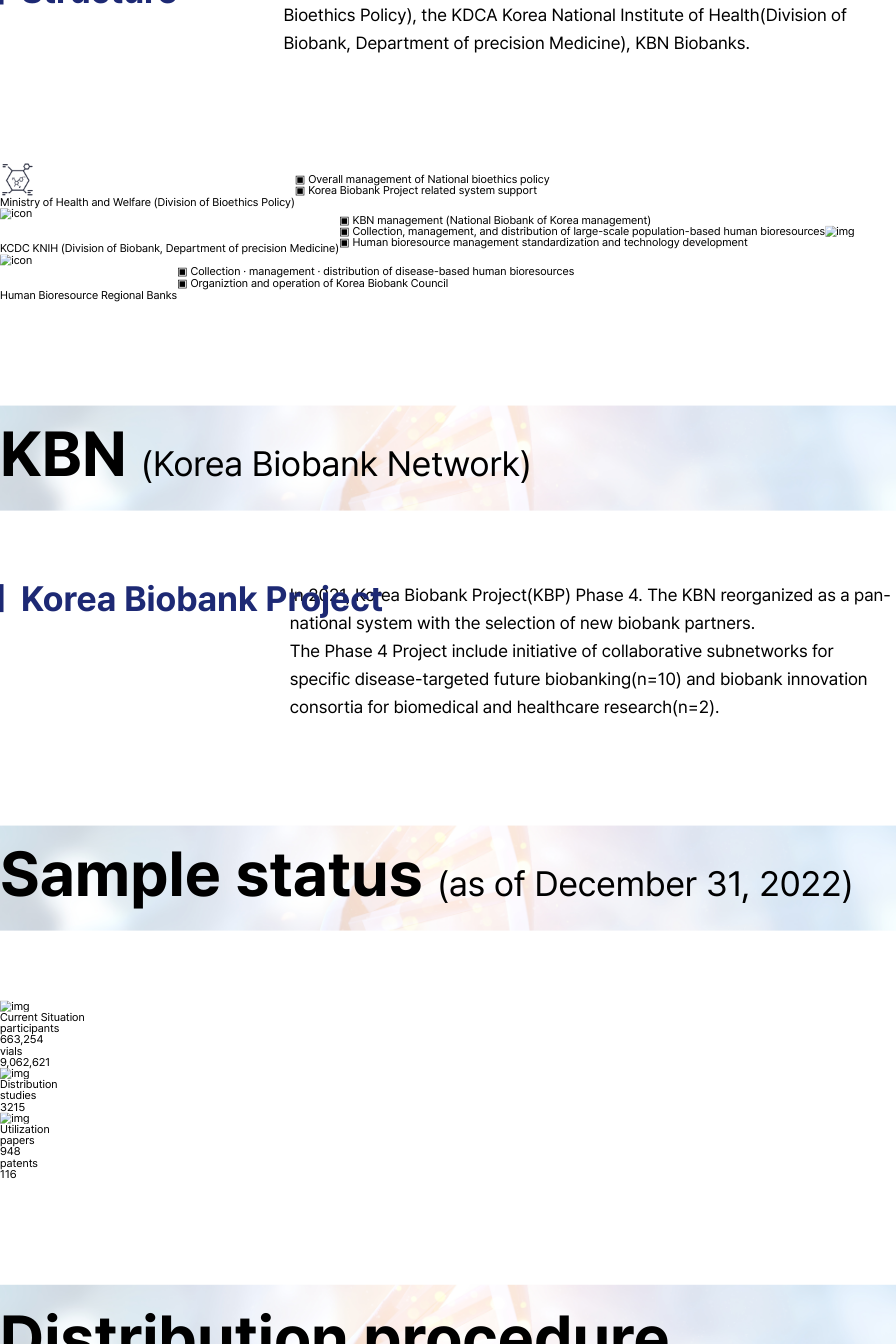
Repository: dlgywls1130/kbn_makedit
Page: index.html
These files come from the project's save history. The page is drawn as it stood at one moment and after the next save; the edit follows.
The browser window is 1280 px wide. The pictures show the part of the page from y = 1748 to 3668 px (the page is 4765 px tall before and 4829 px after), at 70% of full size.
Some web libraries are served in a nearby version.

Above is the page before, as saved 2023-10-15 16:11:31.

### index.html
<!DOCTYPE html>
<html lang="en">
<head>
    <meta charset="UTF-8">
    <meta name="viewport" content="width=device-width, initial-scale=1.0">
    <title>KBN</title>

    <link rel="stylesheet" href="./css/reset.css">
    <link rel="stylesheet" href="./css/style.css">

    <!-- slick css -->
    <link rel="stylesheet"  type="text/css" href="./css/slick.css">

</head>
<body>

    <!-- header -->
    <header>
        <div class="header_wrapper">
            <div class="header_logo">
                <img src="./image/logo.png" alt="logo">
            </div>
            <ul class="nav_list">
                <li><a href="#about"> About us</a></li>
                <li><a href="#kbn">KBN</a></li>
                <li><a href="#sample">Sample status</a></li>
                <li><a href="#distribution">Distribution procedure</a></li>
                <li><a href="#biobanks">KBN Biobanks</a></li>
            </ul>
            <div class="header_en">
                <div class="en_icon">
                    <img src="./image/language.png" alt="icon">
                </div>
                <p>EN</p>
            </div>
        </div>

    </header>


    <!-- main banner -->
    <section>
        <div class="main_banner">
            <div class="slide_wrap">
                <div class="slide_list first-slide">
                    <div class="slide_content">
                        <h2 class="slide_title">
                            The Biggest Disease-based
                            <Br>Human Biobank Network of Korea
                        </h2>
                        <p class="slide_sub">
                            KBN, the largest biobank network in korea, collects, manages, and holds disease-based
                            <Br>human bioresources, i.e. various samples of more than 600,000 individuals.
                        </p>
                    </div>
                </div>
                <div class="slide_list second-slide">
                    <div class="slide_content">
                        <h2 class="slide_title">
                            KBN Distribution Support Center
                        </h2>
                        <p class="slide_sub">
                            The Center provides human bioresources, and clinical and epidemiological information
                            <Br> held by KBN biobanks nationwide and actively supports the distribution.

                        </p>
                    </div>
                </div>
                <div class="slide_list three-slide">

                    <div class="slide_content">
                        <h2 class="slide_title">
                            KBN Provides On-line Searching Database
                            <Br>and Operates Distribution Support Center
                        </h2>
                        <p class="slide_sub">
                            Researchers conduct KBN human bioresource search, while the distribution support
                            <Br>center provides services customized to individual users.
                        </p>
                    </div>
                </div>
            </div>
        </div>
    </section>

    <!-- about us -->
    <section id="about">
        <div class="about_wrap">
            <div class="content_width">
                <h2 class="section_title">About us</h2>
            </div>

            <div class="about-us">
                <div class="about_content">
                    <div class="content_list mb-100">
                        <div class="list_main">
                            KBN Portal
                        </div>
                        <div class="list_descript">
                            <p class="mb-50">The Korea Biobank Network’s Human Bioresource Sharing and Access Platform, established in 2019, aims
                            to expand the accessibility of the disease-based bioresources collected through KBN and develop a
                            system to collect high-quality standard clinical information, thereby establishing a distribution support
                            system tailored to researchers.</p>

                            <p>The KBN portal is the largest shared open platform for disease-based resource owned by KBN biobanks
                            involved in KDCA(Korea Disease Control and Prevention Agency) KBP(Korea Biobank Project).
                            It discloses and shares related information including disease-based resource status, systematic search,
                            efficient distribution, and utilization outcomes to researchers in order to improve the efficient utilization of
                            national disease-based resources.</p>
                        </div>
                    </div>
                    <div class="content_list">
                        <div class="list_main">
                            Structure
                        </div>
                        <div class="list_descript">
                            <p>Structure is organized by the Ministry of Health and Welfare(Division of Bioethics Policy), the KDCA Korea
                                National Institute of Health(Division of Biobank, Department of precision Medicine), KBN Biobanks.</p>
                        </div>
                    </div>
                </div>
                <div class="about_acodian">
                    <div class="acodian_list">
                        <div class="accordion-item">
                            <h3 class="title">
                                <div class="acodian_icon">
                                    <img src="./image/about_ico1.png" alt="icon">
                                </div>
                                <p>Ministry of Health and Welfare
                                    <span>(Division of Bioethics Policy)</span>
                                </p>

                            </h3>
                            <div class="paragraph">
                                <p>▣ Overall management of National bioethics policy</p>
                                <p>▣ Korea Biobank Project related system support</p>
                            </div>
                        </div>
                        <div class="accordion-item">
                            <h3 class="title">
                                <div class="acodian_icon">
                                    <img src="" alt="icon">
                                </div>
                                <p>KCDC KNIH
                                    <span>(Division of Biobank, Department of precision Medicine)</span>
                                </p>

                            </h3>
                            <div class="paragraph">
                                <p>▣ KBN management (National Biobank of Korea management)</p>
                                <p>▣ Collection, management, and distribution of large-scale population-based human bioresources </p>
                                <p>▣ Human bioresource management standardization and technology development</p>
                            </div>
                        </div>
                        <div class="accordion-item">
                            <h3 class="title">
                                <div class="acodian_icon">
                                    <img src="" alt="icon">
                                </div>
                                <p>Human Bioresource Regional Banks</p>

                            </h3>
                            <div class="paragraph">
                                <p>▣ Collection · management · distribution of disease-based human bioresources</p>
                                <p>▣ Organiztion and operation of Korea Biobank Council</p>
                            </div>
                        </div>
                    </div>
                    <div class="acodian_circle">
                        <img src="" alt="img">
                    </div>
                </div>
            </div>
        </div>

    </section>

    <!-- kbn -->

    <section id="kbn">
        <div class="kbn_wrap">
            <div class="content_width">
                <h2 class="section_title">KBN <span>(Korea Biobank Network)</span></h2>
            </div>
            <div class="kbn_content">
                <div class="content_list">
                    <div class="list_main">
                        Korea Biobank Project
                    </div>
                    <div class="list_descript">
                        <p>In 2021, Korea Biobank Project(KBP) Phase 4. The KBN reorganized as a pan-national system with the
                            selection of new biobank partners.
                            </p>

                        <p>The Phase 4 Project include initiative of collaborative subnetworks for specific disease-targeted future
                            biobanking(n=10) and biobank innovation consortia for biomedical and healthcare research(n=2).
                            </p>
                    </div>
                </div>
                <div class="kbn_guidance_wrap">

                </div>
            </div>
        </div>

    </section>

    <!-- sample -->

    <section id="sample">
        <div class="sample_wrap">
            <div class="content_width">
                <h2 class="section_title">Sample status <span>(as of December 31, 2022)</span></h2>
            </div>
            <div class="sample_content">
                <div class="sample_list">
                    <div class="sample_list_left">
                        <div class="sample_list_icon">
                            <img src="" alt="img">
                        </div>
                        <div class="sample_list_title">
                            Current Situation
                        </div>
                    </div>
                    <div class="sample_list_right">
                        <div class="right_span">
                            <span>participants</span>
                            <p>663,254</p>
                        </div>
                        <div class="right_span">
                            <span>vials</span>
                            <p>9,062,621</p>
                        </div>
                    </div>
                </div>
                <div class="sample_list">
                    <div class="sample_list_left">
                        <div class="sample_list_icon">
                            <img src="" alt="img">
                        </div>
                        <div class="sample_list_title">
                            Distribution
                        </div>
                    </div>
                    <div class="sample_list_right">
                        <div class="right_span">
                            <span>studies</span>
                            <p>3215</p>
                        </div>
                    </div>
                </div>
                <div class="sample_list">
                    <div class="sample_list_left">
                        <div class="sample_list_icon">
                            <img src="" alt="img">
                        </div>
                        <div class="sample_list_title">
                            Utilization
                        </div>
                    </div>
                    <div class="sample_list_right">
                        <div class="right_span">
                            <span>papers</span>
                            <p>948</p>
                        </div>
                        <div class="right_span">
                            <span>patents</span>
                            <p>116</p>
                        </div>
                    </div>
                </div>
            </div>
        </div>

    </section>

    <!-- Distribution  -->
    <section id="distribution">
        <div class="distribution_wrap">
            <div class="content_width">
                <h2 class="section_title white">Distribution procedure</h2>
            </div>
            <div class="distribution_about">
                <div class="content_list">
                    <div class="list_main">
                        Procedure
                    </div>
                    <div class="list_descript">
                        <p>KBN Human bioresources application procedure for distribution.</p>

                        <p>KBN distributes the collected human bioresources to researchers for domestic healthcare R&D.
                            For access to, researcher(s) residing in Korea and carrying out a research project that has obtained IRB
                            approval(or exemption) can apply for access to human bioresource distribution, and if approved by the
                            Access and Sharing Committee, the bioresources are released.
                        </p>
                    </div>
                </div>
                <div class="text_slide">

                </div>
            </div>
        </div>
    </section>

    <!-- Biobanks  -->
    <section id="biobanks">
        <div class="biobank_wrap">
            <div class="content_width">
                <h2 class="section_title">KBN Biobanks <span>- targeted diseases</span></h2>
            </div>
            <div class="biobank_content">
                <div class="biobank_tab">

                </div>

            </div>
        </div>

    </section>

    <!-- logo slide -->
    <section>
        <div class="logo_loop">

        </div>
    </section>

    <!-- footer -->
    <footer>
        <div class="footer_wrap">
            <div class="footer_left">
                <h3 class="footer_title">
                    CONTACT US
                </h3>

                <div class="footer_contain">
                    <ul>
                        <li class="footer_text">kbnysvc@gmail.com</li>
                        <li class="footer_phone">+82 -31-546-2715</li>
                        <li class="footer_text">Monday-Friday 8:30am ~ 5:30pm</li>
                        <li class="footer_text">(Saturday and Sunday, Holidays : ClOSED)</li>
                    </ul>
                    <ul>
                        <li><img src="" alt="icon"></li>
                        <li><img src="" alt="icon"></li>
                    </ul>
                </div>

                <p>Yongin Severance Hospital 363, Dongbaekjukjeon-daero, Giheung-gu, Yongin-si, Gyeonggi-do 16995, Republic of Korea</p>
            </div>

            <div class="footer_right">
                <div class="right_top">
                    <h3 class="footer_title">
                        SOCIAL LINKS
                    </h3>
                    <div class="footer_sns">
                        <a href="" class="link_sns">
                            <img src="" alt="sns">
                        </a>
                        <a href="" class="link_sns">
                            <img src="" alt="sns">
                        </a>
                        <a href="" class="link_sns">
                            <img src="" alt="sns">
                        </a>

                    </div>
                </div>
                <div class="right_bottom">
                    <h3 class="footer_title">
                        RELATED SITE
                    </h3>
                    <div class="link_site">
                        <a href="" class="site_link">
                            <img src="" alt="link">
                        </a>
                        <a href="" class="site_link">
                            <img src="" alt="link">
                        </a>

                    </div>
                </div>

            </div>
        </div>
        <div class="footer_copy">
            <p>YONSEI UNIVERSITY, YONGIN SEVERANCE HOSPITAL. ALL RIGHTS RESERVED </p>
            <div class="copy_right">
                <p>Personal information processing policy</p>
                <p>Terms and Conditions</p>
            </div>
        </div>
    </footer>


    <script type="text/javascript" src="//code.jquery.com/jquery-1.11.0.min.js"></script>
    <script src="./js/slick.min.js"></script>
    <script src="./js/main.js"></script>
</body>
</html>

### css/style.css
:root{
    --main-text:#1D2974;
    --black-text:#000;
}


/* common */

body{
    font-family: 'pretendard',sans-serif ;
}

/* font */
@font-face {
    font-family: pretendard;
    src: url('/font/Pretendard-Regular.woff2') format('woff2'),
    url('/font/Pretendard-Regular.woff') format('woff'),
    url('/font/Pretendard-Regular.ttf') format('ttf'),
    url('/font/Pretendard-Regular.otf') format('otf');
    font-weight: 400;
}

@font-face {
    font-family: pretendard;
    src: url('/font/Pretendard-Medium.woff2') format('woff2'),
    url('/font/Pretendard-Medium.woff') format('woff'),
    url('/font/Pretendard-Medium.ttf') format('ttf'),
    url('/font/Pretendard-Medium.otf') format('otf');
    font-weight: 500;
}

@font-face {
    font-family: pretendard;
    src: url('/font/Pretendard-Bold.woff2') format('woff2'),
    url('/font/Pretendard-Bold.woff') format('woff'),
    url('/font/Pretendard-Bold.ttf') format('ttf'),
    url('/font/Pretendard-Bold.otf') format('otf');
    font-weight: 700;
}


section{margin-bottom:150px;}

.section_title{
    font-size: 90px;
    font-weight: 700;
    line-height:40px;
    max-width: 1680px;
    width: 100%;
    margin: 0 auto;
}

.section_title span{
    font-weight: 300;
    font-size: 50px;
}

.content_width{
    width: 100%;
    height: 150px;
    background:url('/image/title_back.jpg');
    background-repeat: no-repeat;
    background-size:cover;
    margin-bottom: 100px;
    display: flex;
    align-items: center;
}

.content_list {
    display: flex;
    align-items: flex-start;
    justify-content: space-between;
}

.content_list .list_main{
    position: relative;
    width: 30%;
    font-size: 50px;
    font-weight: 700;
    color: var(--main-text);
    white-space: nowrap;
    padding-left: 30px;
}

.content_list .list_main::before{
    position: absolute;
    content: '';
    left: 0;
    top: 50%;
    transform: translate(0,-50%);
    height: 40px;
    width: 5px;
    background: var(--main-text);
}

.content_list .list_descript{
    width: 70%;
}

.content_list .list_descript p{
    font-size: 25px;
    font-weight: 300;
    line-height: 40px;
}


/* common margin */

.mb-50{margin-bottom: 50px;}
.mb-100{margin-bottom: 100px;}


/* header */

header{
    position: fixed;
    top: 0;
    left: 0;
    background: #fff;
    width: 100%;
    height: 138px;
    padding: 28px 0;
    box-sizing: border-box;
    z-index: 9;
}

.header_wrapper{
    max-width: 1680px;
    width: 100%;
    margin: 0 auto;
    display: flex;
    align-items: center;
    justify-content: space-between;
}

.header_logo{
    width: 250px;
    height: 80px;
}

.header_logo img{
    width: 100%;
    height: 100%;
    object-fit: contain;
}

.header_wrapper .nav_list{
    display: flex;
}

.header_wrapper .nav_list li{
    padding: 0 50px;
}

.header_wrapper .nav_list li a{
    font-size: 25px;
    font-weight: 500;
    line-height: 0.03em;
    text-decoration: none;
    color:var(--black-text);
}

.header_en{display: flex; align-items: center;}

.header_en .en_icon{
    width: 24px;
    height: 24px;
}

.header_en .en_icon img{
    width: 100%;
    height: 100%;
    object-fit: contain;
}

.header_en p{
    margin-left: 8px;
    font-size: 20px;
    font-weight: 700;
}

/* main_banner */

.slide_wrap .slide_list{
    width: 100%;
    height: 100vh;
    position: relative;
}

.slide_wrap .slide_list.first-slide{
    background: url('/image/main_slide1.jpg');
    background-repeat: no-repeat;
    background-position: right center;
    background-size: cover;
}

.slide_wrap .slide_list.second-slide{
    background: url('/image/main_slide2.jpg');
    background-repeat: no-repeat;
    background-position: center center;
    background-size: cover;
}

.slide_wrap .slide_list.three-slide{
    background: url('/image/main_slide3.jpg');
    background-repeat: no-repeat;
    background-position: left center;
    background-size: cover;
}

.slide_content{
width: 100%;
position: absolute;
right: 8%;
top: 40%;
transform: translate(0,-50%);
}

.slide_content .slide_title{
    font-size: 60px;
    font-weight: 700;
    color: #fff;
    letter-spacing: 0.07em;
    text-align: right;
}

.slide_content .slide_sub{
    font-size: 25px;
    font-weight: 400;
    color: #fff;
    letter-spacing: 0.04em;
    text-align: right;
    margin-top: 40px;
}

.slick-dots{
    display: flex!important;
    align-items: center;
    position: absolute;
    top: 65%;
    right: 8%;
    column-gap: 30px;
}

.slick-dots button {
    color: rgba(2255,255,255,0.45);
    background:none;
    border-bottom:5px solid rgba(255,255,255,0.45);
    font-size: 25px;
    font-weight: 700;
    padding-bottom: 15px;
    border-top: none;
    border-left: none;
    border-right: none;
    box-shadow: none;
    outline: none;
}

.slick-dots button:hover,
.slick-dots .slick-active button {
    border-bottom:5px solid rgba(255,255,255,1);
    color: rgba(255,255,255,1);
}

.slick-arrow{
position: absolute;
top: 55%;

}

.slick-next{
    right: 8%;
    transform: rotate(45deg);
}

.slick-prev{
    right: 10%;
    z-index: 1;
    transform: rotate(225deg);
}

.arrow{
    width: 30px; /* 사이즈 */
    height: 30px; /* 사이즈 */
    border-top: 8px solid #fff; /* 선 두께 */
    border-right: 8px solid #fff; /* 선 두께 */
}


/* about us */
.about-us{
    max-width: 1680px;
    margin: 0 auto;
}

.about_content{
    margin-bottom: 150px;
}

.about_acodian{
    display: flex;
    align-items: center;
}

.accordion-item{
    display: flex;
    align-items: center;
}
.accordion-item .acodian_icon{
    width: 50px;
    height: 50px;
}

.accordion-item .acodian_icon img{
    width: 100%;
    height: 100%;
}

### js/main.js
// main banner

$('.slide_wrap').slick({
    slidesToShow: 1,
    arrows: true,
    dots:true,
    autoplay: true,
  autoplaySpeed: 2000,
  infinite: true,
  prevArrow: '<div class="arrow slick-prev"></div>',
    nextArrow: '<div class="arrow slick-next"></div>',
  customPaging: function(slider, i) {
    var titles = ['Biobank', 'Support Center', 'On-line Searching'];
    return '<button>' + titles[i] + '</button>';
}
  });

Loaded but not shown: css/reset.css (common file); css/slick.css (common file); js/slick.min.js (library)

After the next save:
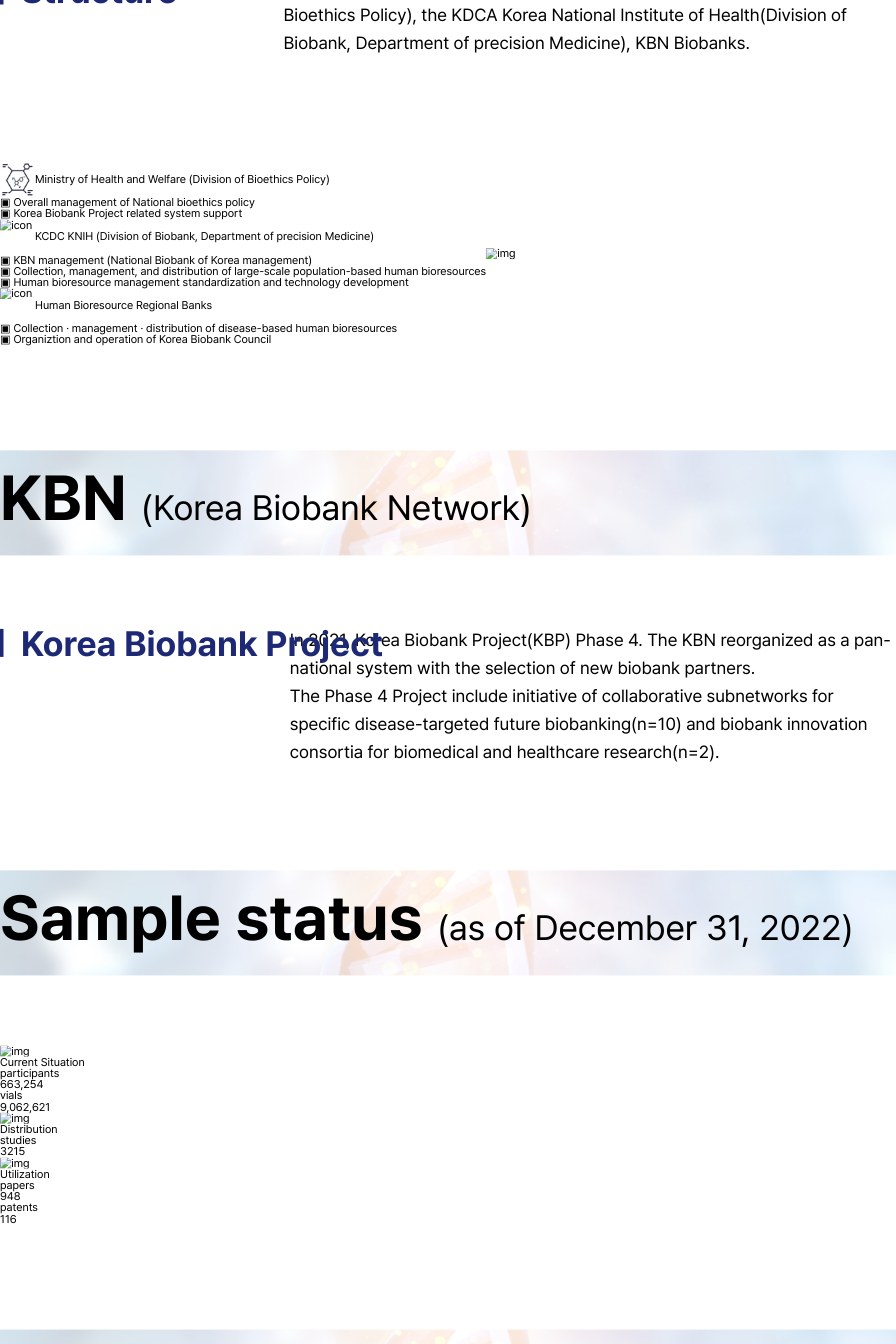
Saved 47 s later.
--- a/css/style.css
+++ b/css/style.css
@@ -302,9 +302,9 @@
     align-items: center;
 }
 
-.accordion-item{
-    display: flex;
-    align-items: center;
+.accordion-item .title{
+ display: flex;
+ align-items: center;
 }
 .accordion-item .acodian_icon{
     width: 50px;
